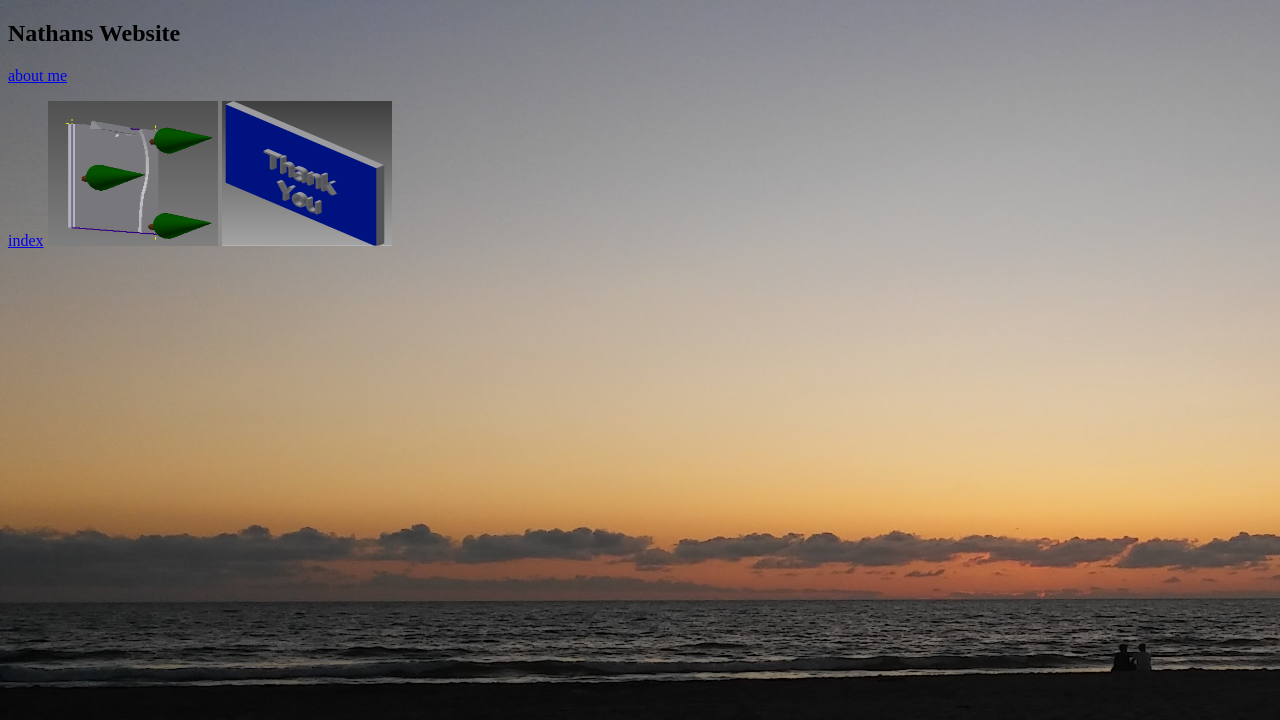
Repository: Nathan12144/Nathan12144.github.io
Page: eng.html
The author's editor kept a record of every edit. The page is drawn from the files as they stood at one moment, then again after the next edit.
The browser window is 1280 px wide. The pictures show the whole page.

Above is the page before.

### eng.html
<!DOCTYPE html>
<html>
    <style>
body {
  background-image: url('back.jpg');
}
</style>

<body>

<h2>Nathans Website</h2>
<p><a href="https://docs.google.com/presentation/d/1Uk_VyLYSelrMDxDNvBjRERUITPfupa8QE3ZIbIkxwEM/edit?usp=sharing" target="_blank">about me</a>
<p><a href="index.html" target="_blank">index</a>



<img src="images/trump.PNG" alt="Golf Course" width="170" height="145">
<img src="images/thank you plate.PNG" alt="Golf Course" width="170" height="145">

</body>
</html>

After the next edit:
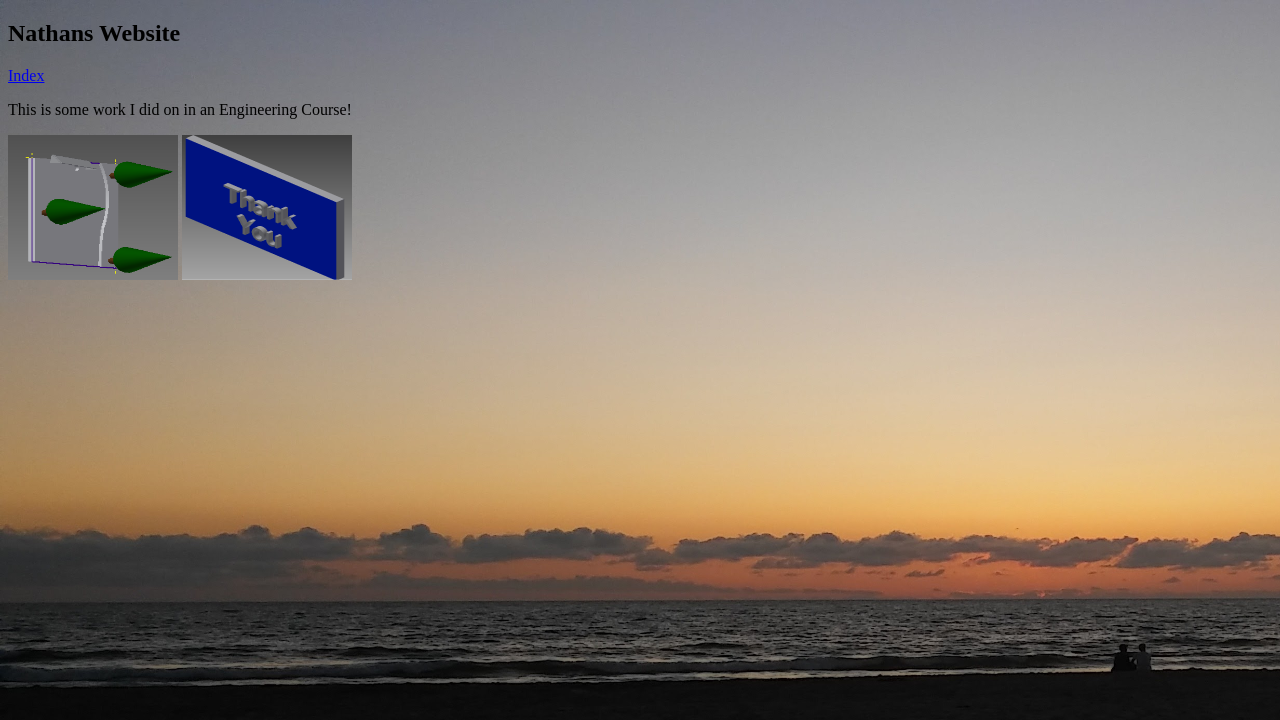
The edit:
--- a/eng.html
+++ b/eng.html
@@ -9,9 +9,8 @@
 <body>
 
 <h2>Nathans Website</h2>
-<p><a href="https://docs.google.com/presentation/d/1Uk_VyLYSelrMDxDNvBjRERUITPfupa8QE3ZIbIkxwEM/edit?usp=sharing" target="_blank">about me</a>
-<p><a href="index.html" target="_blank">index</a>
-
+<p><a href="index.html" target="_blank">Index</a>
+<p>This is some work I did on in an Engineering Course!</a></p>
 
 
 <img src="images/trump.PNG" alt="Golf Course" width="170" height="145">
